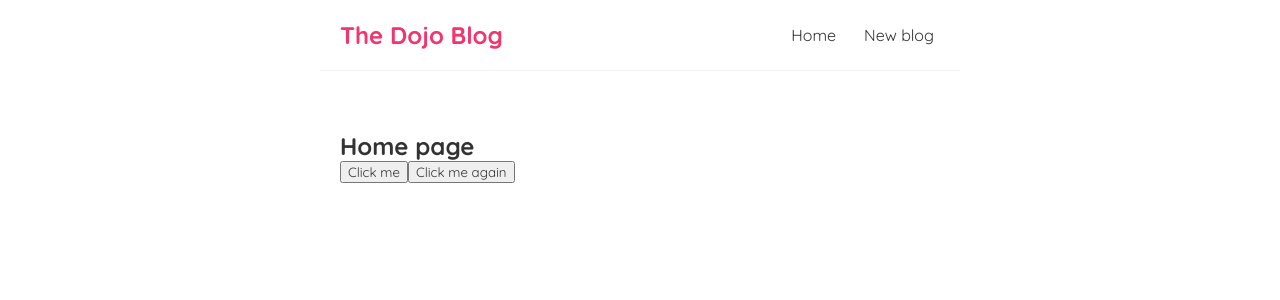
Repository: Samkiroko/full-reacr-ninja
Page: /
An editor plug-in stored every save of this project. The page is shown before and after the next save, followed by the edit.
The browser window is 1280 px wide. The pictures show the whole page.
The project was rebuilt for these pictures with package versions that can differ from the ones it lists, and the page was loaded fresh each time.

Above is the page before, as saved 2021-07-19 17:38:00.

After the next save:
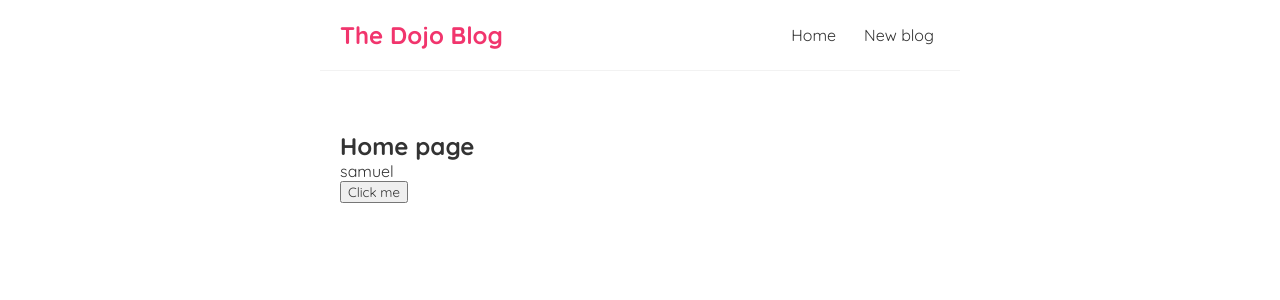
Saved 15 min 35 s later.
--- a/src/Home.js
+++ b/src/Home.js
@@ -1,18 +1,16 @@
 const Home = () => {
+  let name = 'samuel'
+
   const handleClick = (e) => {
     e.preventDefault()
     console.log('clicked')
   }
 
-  const handleClickAgain = (name) => {
-    console.log('clicked again ' + name)
-  }
-
   return (
     <div className='home'>
       <h2>Home page</h2>
+      <p>{name}</p>
       <button onClick={handleClick}>Click me</button>
-      <button onClick={() => handleClickAgain('sam')}>Click me again</button>
     </div>
   )
 }
